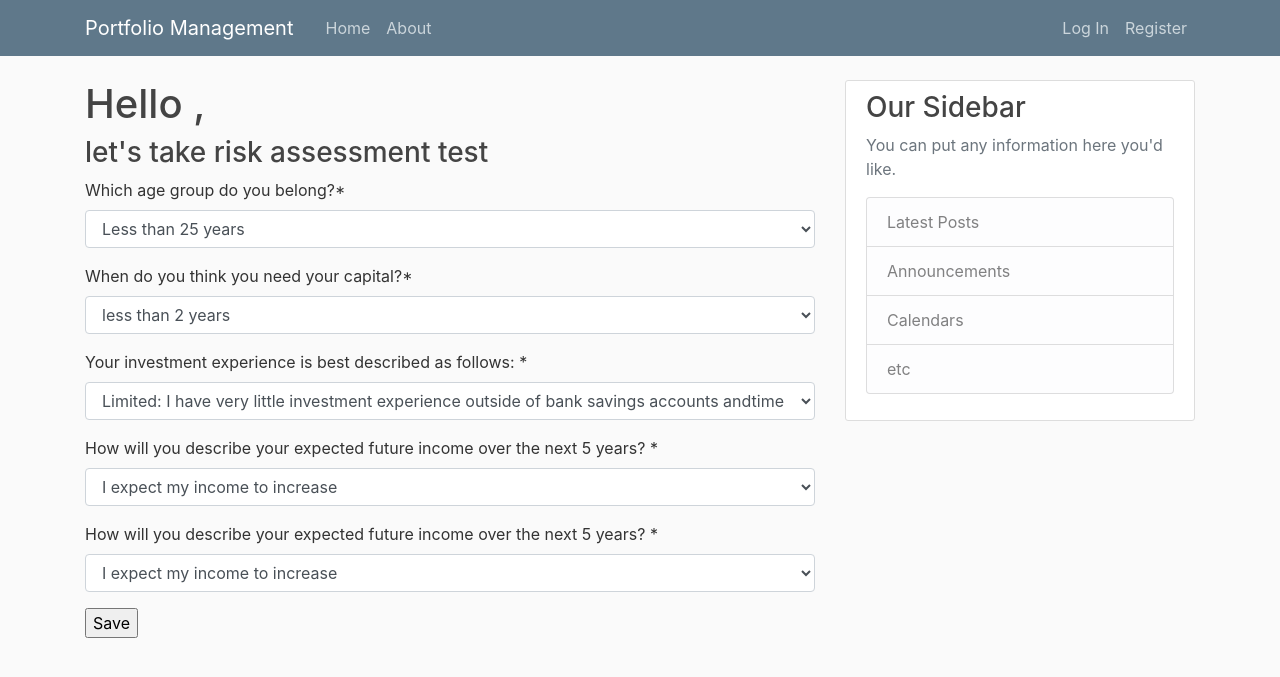
Repository: rahulsolankib/portfolio
Page: http://localhost/questions/
These files come from the project's save history. The page is drawn as it stood at one moment and after the next save; the edit follows.
The browser window is 1280 px wide. The pictures show the whole page.
The page is served by the project's application, run on Django 3.2 (manage.py). Other server files are loaded and not shown.

Above is the page before, as saved 2020-10-20 00:49:23.

### riskCalculator/templates/riskCalculator/questions.html
{% extends "startPage/base.html" %}
{% load crispy_forms_tags %}
{% crispy example_form %}


{% block content %}
    <h1>Hello {{user.username}},</h1>
    <h3>let's take risk assessment test</h3>
    <form method='POST'>
        {% csrf_token %}
        {{formRec | crispy}}

        <input type='submit' value="Save" />
    </form>

{% endblock content %}

### startPage/templates/startPage/base.html
{% load static %}
<!DOCTYPE html>
<html>
<head>
    <meta charset="utf-8">
    <meta name="viewport" content="width=device-width, initial-scale=1, shrink-to-fit=no">

    <!-- Bootstrap CSS -->
    <link rel="stylesheet" href="https://stackpath.bootstrapcdn.com/bootstrap/4.5.2/css/bootstrap.min.css" integrity="sha384-JcKb8q3iqJ61gNV9KGb8thSsNjpSL0n8PARn9HuZOnIxN0hoP+VmmDGMN5t9UJ0Z" crossorigin="anonymous">

    <link rel="stylesheet" type="text/css" href="{% static 'startPage/main.css' %}">
    {% if title %}
        <title>Django - {{title}}</title>
    {% else %}
        <title>Django</title>
    {% endif %}
</head>
<body>
    <header class="site-header">
        <nav class="navbar navbar-expand-md navbar-dark bg-steel fixed-top">
            <div class="container">
            <a class="navbar-brand mr-4" href="{% url 'Start-Page' %}">Portfolio Management</a>
            <button class="navbar-toggler" type="button" data-toggle="collapse" data-target="#navbarToggle" aria-controls="navbarToggle" aria-expanded="false" aria-label="Toggle navigation">
            <span class="navbar-toggler-icon"></span>
            </button>
            <div class="collapse navbar-collapse" id="navbarToggle">
                <div class="navbar-nav mr-auto">
                <a class="nav-item nav-link" href="{% url 'Start-Page' %}">Home</a>
                <a class="nav-item nav-link" href="{% url 'About-Page' %}">About</a>
                {% if user.is_authenticated %}
                    <a class="nav-item nav-link" href="{% url 'questions' %}">Risk-Assessment</a>
                {% endif%}
                </div>
                <!-- Navbar Right Side -->
                <div class="navbar-nav">
                {% if user.is_authenticated %}
                    <a class="nav-item nav-link" href="{% url 'profile' %}">@{{user.username}}</a>
                    <a class="nav-item nav-link" href="{% url 'logout' %}">Log Out</a>
                {% else %}
                    <a class="nav-item nav-link" href="{% url 'login' %}">Log In</a>
                    <a class="nav-item nav-link" href="{% url 'register' %}">Register</a>
                {% endif%}
                </div>
            </div>
            </div>
        </nav>
    </header>
    <main role="main" class="container">
        <div class="row">
            <div class="col-md-8">
                {% if messages %}
                    {% for message in messages%}
                        <div class="alert alert-{{message.tags}}">
                            {{message}}
                        </div>
                    {% endfor %}
                {% endif %}
                {% block content %}{% endblock %}
            </div>
            <div class="col-md-4">
            <div class="content-section">
                <h3>Our Sidebar</h3>
                <p class='text-muted'>You can put any information here you'd like.
                <ul class="list-group">
                    <li class="list-group-item list-group-item-light">Latest Posts</li>
                    <li class="list-group-item list-group-item-light">Announcements</li>
                    <li class="list-group-item list-group-item-light">Calendars</li>
                    <li class="list-group-item list-group-item-light">etc</li>
                </ul>
                </p>
            </div>
            </div>
        </div>
    </main>


    <script src="https://code.jquery.com/jquery-3.5.1.slim.min.js" integrity="sha384-DfXdz2htPH0lsSSs5nCTpuj/zy4C+OGpamoFVy38MVBnE+IbbVYUew+OrCXaRkfj" crossorigin="anonymous"></script>
    <script src="https://cdn.jsdelivr.net/npm/popper.js@1.16.1/dist/umd/popper.min.js" integrity="sha384-9/reFTGAW83EW2RDu2S0VKaIzap3H66lZH81PoYlFhbGU+6BZp6G7niu735Sk7lN" crossorigin="anonymous"></script>
    <script src="https://stackpath.bootstrapcdn.com/bootstrap/4.5.2/js/bootstrap.min.js" integrity="sha384-B4gt1jrGC7Jh4AgTPSdUtOBvfO8shuf57BaghqFfPlYxofvL8/KUEfYiJOMMV+rV" crossorigin="anonymous"></script>
</body>
</html>

### riskCalculator/forms.py
from django import forms

from .models import Que,RiskModel


class QForm(forms.Form):
    age_group=(
            (4,'Less than 25 years')
            ,(3,'25-35 years')
            ,(2,'36-40 years')
            ,(1,'51 above')
    )

    returnyear_group=(
            (1,'less than 2 years')
            ,(2,'2-5 years')
            ,(3,'more than 5 years')
    )

    experience_group=(
            (1,'Limited: I have very little investment experience outside of bank savings accounts andtime deposits. Slightly related')
            ,(2,'Moderate: I have some experience investing')
            ,(3,'Extensive: I am an active and experienced investor')
    )

    income_status = (
        (1,'I expect my income to decrease')
        ,(2,'I expect my income to remain steady')
        ,(3,'I expect my income to increase')
    )


    ques1 = forms.TypedChoiceField(label='Which age group do you belong?',choices=age_group, coerce=int, initial=4)
    ques2 = forms.TypedChoiceField(label='When do you think you need your capital?',choices=returnyear_group, coerce=int, initial=1)
    ques3 = forms.TypedChoiceField(label='Your investment experience is best described as follows: ',choices=experience_group, coerce=int, initial=1)
    ques4 = forms.TypedChoiceField(label='How will you describe your expected future income over the next 5 years? ',choices=income_status, coerce=int, initial=3)
    ques5 = forms.TypedChoiceField(label='How will you describe your expected future income over the next 5 years? ',choices=income_status, coerce=int, initial=3)


class QueForm(forms.ModelForm):
    class Meta:
        model = Que
        fields = ['ques1','ques2','ques3','ques4','ques5']


class RiskForm(forms.ModelForm):
    class Meta:
        model = RiskModel
        fields = ['userid','risk_score']

### riskCalculator/models.py
from django.db import models
# from user.forms import User

# Create your models here.
class Que(models.Model):
    ques1 = models.CharField(max_length=120)
    ques2 = models.CharField(max_length=120)
    ques3 = models.CharField(max_length=120)
    ques4 = models.CharField(max_length=120)
    ques5 = models.CharField(max_length=120)

class RiskModel(models.Model):
    userid = models.IntegerField(unique=True)
    risk_score = models.DecimalField(
                         max_digits = 5,
                         decimal_places = 2)

### riskCalculator/views.py
from django.shortcuts import render
from .forms import QueForm,RiskForm,QForm

from .models import RiskModel

def questions(request):
    formRec = QForm(request.POST or None)
    context = {
        'formRec': formRec
    }
    userid = request.user.id


    data = {'userid' : userid, 'risk_score':32}
    form = RiskForm(data)
    if form.is_valid():
        profile = form.save(commit = True)
        profile.user = request.user
        profile.save()

    return render(request,'riskCalculator/questions.html',context)

### portfolio/urls.py
"""portfolio URL Configuration

The `urlpatterns` list routes URLs to views. For more information please see:
    https://docs.djangoproject.com/en/3.1/topics/http/urls/
Examples:
Function views
    1. Add an import:  from my_app import views
    2. Add a URL to urlpatterns:  path('', views.home, name='home')
Class-based views
    1. Add an import:  from other_app.views import Home
    2. Add a URL to urlpatterns:  path('', Home.as_view(), name='home')
Including another URLconf
    1. Import the include() function: from django.urls import include, path
    2. Add a URL to urlpatterns:  path('blog/', include('blog.urls'))
"""
from django.contrib import admin
from django.contrib.auth import views as auth_views
from django.urls import path,include
from user import views as user_views
from riskCalculator import views as riskCalculator_views

urlpatterns = [
    path('admin/', admin.site.urls),
    path('register/',user_views.register,name='register'),
    path('profile/',user_views.profile,name='profile'),
    path('',include('startPage.urls')),
    path('login/',auth_views.LoginView.as_view(template_name="user/login.html"),name='login'),
    path('logout/',auth_views.LogoutView.as_view(template_name="user/logout.html"),name='logout'),
    path('questions/',riskCalculator_views.questions,name='questions')
]

### startPage/urls.py
from django.urls import path
from . import views

urlpatterns = [
    path('', views.home,name="Start-Page"),
    path('about/', views.about,name="About-Page"),
]

### startPage/static/startPage/main.css
body {
    background: #fafafa;
    color: #333333;
    margin-top: 5rem;
  }

  h1, h2, h3, h4, h5, h6 {
    color: #444444;
  }

  ul {
    margin: 0;
  }

  .bg-steel {
    background-color: #5f788a;
  }

  .site-header .navbar-nav .nav-link {
    color: #cbd5db;
  }

  .site-header .navbar-nav .nav-link:hover {
    color: #ffffff;
  }

  .site-header .navbar-nav .nav-link.active {
    font-weight: 500;
  }

  .content-section {
    background: #ffffff;
    padding: 10px 20px;
    border: 1px solid #dddddd;
    border-radius: 3px;
    margin-bottom: 20px;
  }

  .article-title {
    color: #444444;
  }

  a.article-title:hover {
    color: #428bca;
    text-decoration: none;
  }

  .article-content {
    white-space: pre-line;
  }

  .article-img {
    height: 65px;
    width: 65px;
    margin-right: 16px;
  }

  .article-metadata {
    padding-bottom: 1px;
    margin-bottom: 4px;
    border-bottom: 1px solid #e3e3e3
  }

  .article-metadata a:hover {
    color: #333;
    text-decoration: none;
  }

  .article-svg {
    width: 25px;
    height: 25px;
    vertical-align: middle;
  }

  .account-img {
    height: 125px;
    width: 125px;
    margin-right: 20px;
    margin-bottom: 16px;
  }

  .account-heading {
    font-size: 2.5rem;
  }

After the next save:
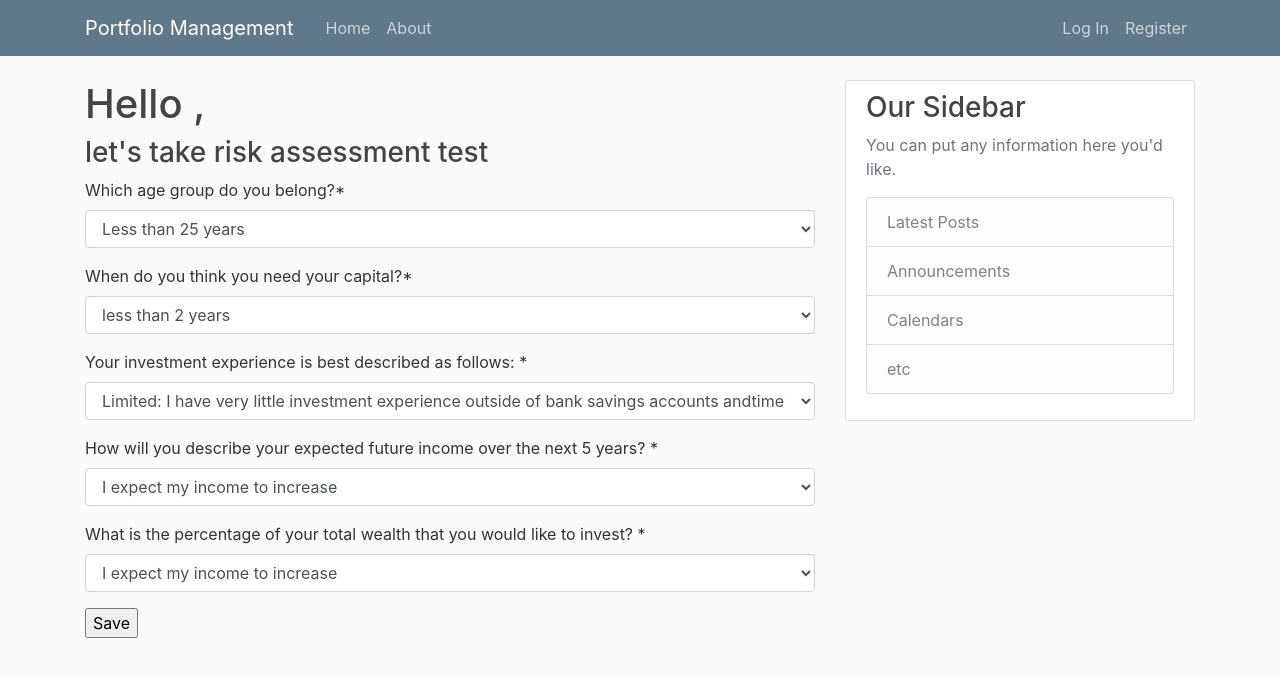
Saved 3 min 24 s later.
--- a/riskCalculator/forms.py
+++ b/riskCalculator/forms.py
@@ -35,6 +35,7 @@ class QForm(forms.Form):
     ques3 = forms.TypedChoiceField(label='Your investment experience is best described as follows: ',choices=experience_group, coerce=int, initial=1)
     ques4 = forms.TypedChoiceField(label='How will you describe your expected future income over the next 5 years? ',choices=income_status, coerce=int, initial=3)
     ques5 = forms.TypedChoiceField(label='How will you describe your expected future income over the next 5 years? ',choices=income_status, coerce=int, initial=3)
+    ques5 = forms.TypedChoiceField(label='What is the percentage of your total wealth that you would like to invest? ',choices=income_status, coerce=int, initial=3)
 
 
 class QueForm(forms.ModelForm):
